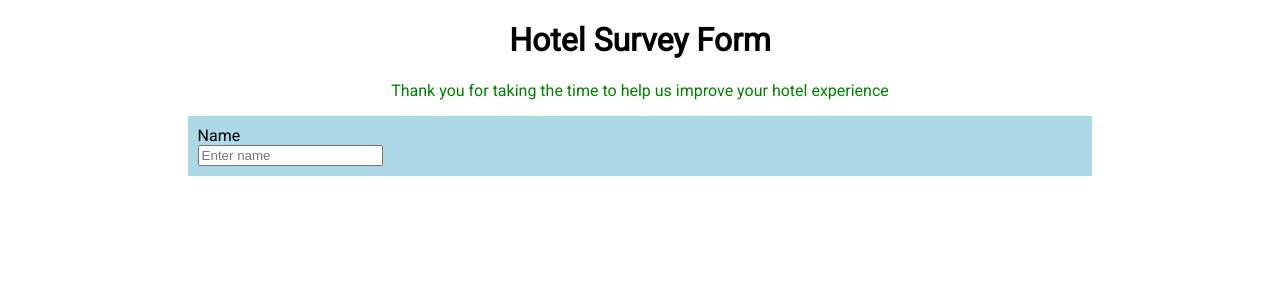
Repository: derektypist/survey-form
Page: index.html
The author's editor kept a record of every edit. The page is drawn from the files as they stood at one moment, then again after the next edit.
The browser window is 1280 px wide. The pictures show the whole page.

Above is the page before.

### index.html
<!DOCTYPE html>
<html lang="en">
<head>
    <meta charset="UTF-8">
    <meta name="viewport" content="width=device-width, initial-scale=1.0">
    <meta http-equiv="X-UA-Compatible" content="ie=edge">
    <title>Hotel Survey Form</title>
    <!-- Load Style Sheets -->
    <link href="https://fonts.googleapis.com/css?family=Roboto&display=swap" rel="stylesheet">
    <style>
        /* Title */
        #title {
            font-family: "Roboto", Arial, Verdana, sans-serif;
            text-align: center;
        }

        /* Description */
        #description {
            font-family: "Roboto", Arial, Verdana, sans-serif;
            text-align: center;
            color: green;
        }

        /* Survey Form */
        #survey-form {
            display: block;
            margin: auto;
            max-width: 70%;
            background-color: lightblue;
            font-family: "Roboto", Arial, Verdana, sans-serif;
            text-align: left;
            padding: 10px;
        }
    </style>
</head>
<body>
    <!-- Provide Title and Description -->
    <header>
        <h1 id="title">Hotel Survey Form</h1>
        <p id="description">Thank you for taking the time to help us improve your hotel experience</p>
    </header>

    <!-- Provide Survey Form -->
    <main>
        <section>
            <form id="survey-form">
                <label for="name-label" id="name-label">Name</label>
                <br>
                <input type="text" id="name" placeholder="Enter name" name="name" required></input>
                <br>

            </form>
        </section>
    </main>
</body>
</html>

After the next edit:
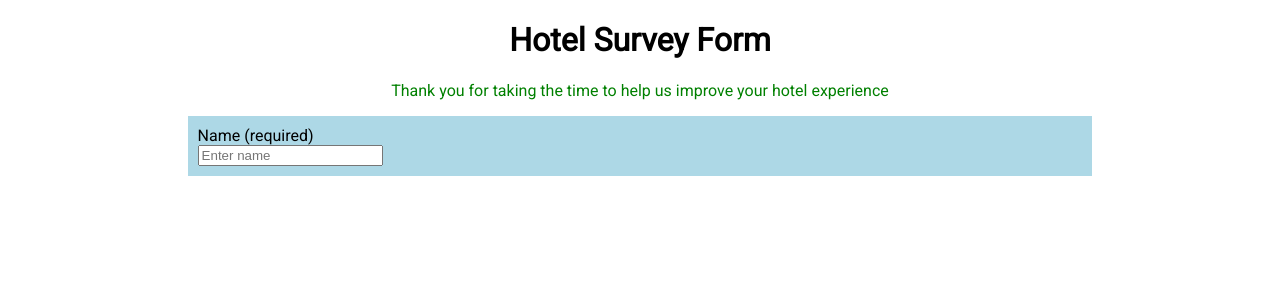
The edit:
--- a/index.html
+++ b/index.html
@@ -44,7 +44,7 @@
     <main>
         <section>
             <form id="survey-form">
-                <label for="name-label" id="name-label">Name</label>
+                <label for="name-label" id="name-label">Name (required)</label>
                 <br>
                 <input type="text" id="name" placeholder="Enter name" name="name" required></input>
                 <br>
